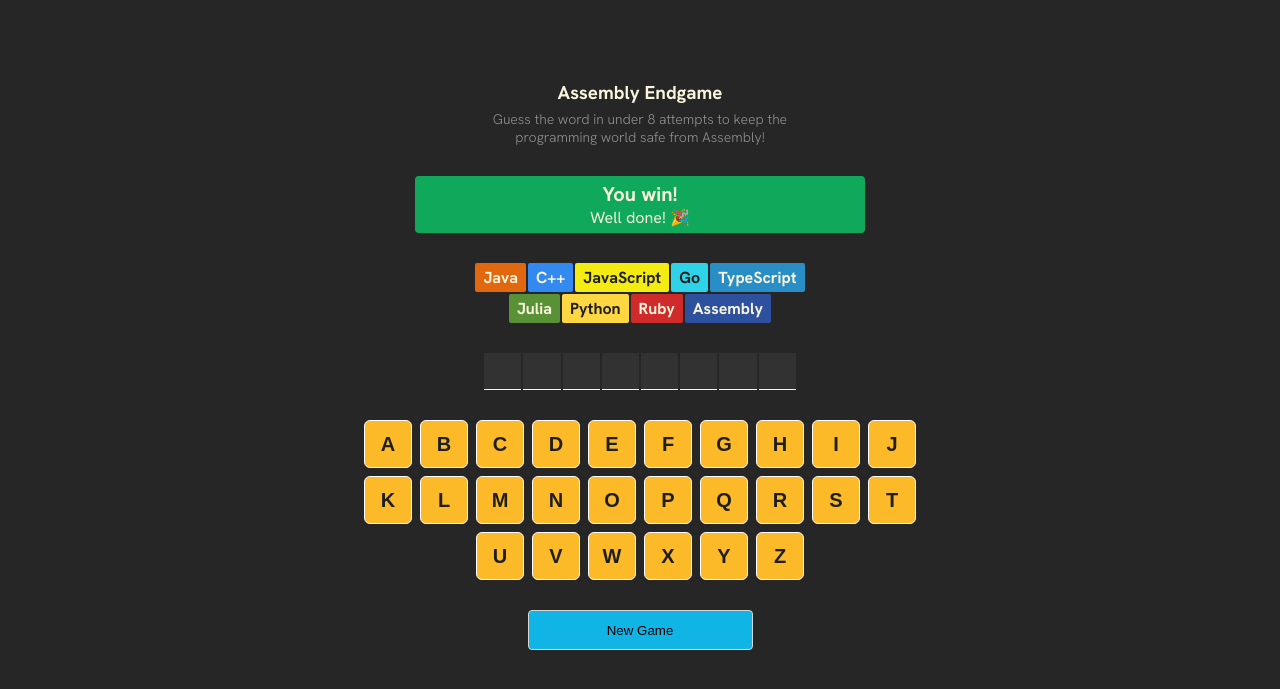
Repository: AchrafAzzaoui/AssemblyEndgame
Page: / (app in assembly-endgame/)
The author's editor kept a copy of each file at every save. The page is drawn from the files as they stood at one save, then again after the next save.
The browser window is 1280 px wide. The pictures show the whole page.
The project was rebuilt for these pictures with package versions that can differ from the ones it lists, and the page was loaded fresh each time. Also part of the build but not shown: assembly-endgame/vite.config.js.

Above is the page before, as saved 2024-12-25 16:51:41.

### assembly-endgame/index.html
<!DOCTYPE html>
<html lang="en">
  <head>
    <meta charset="UTF-8" />
    <link rel="icon" type="image/svg+xml" href="/vite.svg" />
    <meta name="viewport" content="width=device-width, initial-scale=1.0" />
    <link
      href="https://fonts.googleapis.com/css2?family=Hanken+Grotesk:wght@300;400;500;600;700&display=swap"
      rel="stylesheet"
    />
    <title>Assembly Endgame</title>
  </head>
  <body>
    <div id="root"></div>
    <script type="module" src="/src/main.jsx"></script>
  </body>
</html>

### assembly-endgame/src/index.css
* {
  margin: 0;
  padding: 0;
  box-sizing: border-box;
}
body {
  font-family: "Hanken Grotesk", sans-serif;
  background-color: #262626;
  color: #d9d9d9;
  padding: 80px 40px;
  height: 100vh;
  display: flex;
  justify-content: center;
}

header {
  text-align: center;
}

.game-title {
  color: #f9f4da;
}
.game-description {
  margin-top: 5px;
  font-weight: 300;
  color: #8e8e8e;
  font-size: 0.875rem;
  max-width: 350px;
}
.game-description,
.game-title {
  text-align: center;
}

/* status */
.game-status {
  width: 100%;
  max-width: 450px;
  background-color: #10a95b;
  color: #f9f4da;
  display: flex;
  flex-direction: column;
  justify-content: space-evenly;
  align-items: center;
  padding: 5px 20px;
  margin: 20px 0;
  border-radius: 4px;
  margin-block: 30px;
}

.game-status h2 {
  font-size: 1.25rem;
  /* margin: 5px; */
}

/* language tags */
.language-tags-container {
  display: flex;
  justify-content: center;
  flex-wrap: wrap;
  gap: 2px;
  max-width: 350px;
}

.language-tag {
  padding: 0.25rem 0.5rem;
  border-radius: 2px;
}

main {
  width: 100%;
  max-width: 600px;
  display: flex;
  flex-direction: column;
  align-items: center;
}

/* letter tiles and word container*/

.word-display {
  width: 100%;
  max-width: 350px;
  display: flex;
  gap: 2px;
  justify-content: center;
  align-items: center;
  margin-top: 30px;
}

.letter-tile {
  background-color: #323232;
  color: #fff;
  padding: 0rem 1rem;
  border-bottom: 1px solid #f9f4da;
  min-width: 2rem;
  text-align: center;
  font-size: 1.25rem;
  aspect-ratio: 1/1;
}

/* keyboard and letter buttons */
.keyboard {
  display: flex;
  flex-wrap: wrap;
  justify-content: center;
  gap: 8px;
  margin-top: 30px;
}

.letter-button {
  background-color: #fcba29;
  color: #1e1e1e;
  padding: 0rem;
  border: 0.5px solid white;
  min-width: 3rem;
  text-align: center;
  font-size: 1rem;
  aspect-ratio: 1/1;
  border-radius: 6px;
  font-weight: 600;
  font-size: 1.25rem;
  line-height: 1.5rem;
  cursor: pointer;
}

/* New game button */

.new-game-button {
  background-color: #11b5e5;
  border: 1px solid #d7d7d7;
  border-radius: 4px;
  width: 225px;
  height: 40px;
  padding: 6px 12px;
  display: block;
  margin-top: 30px;
  cursor: pointer;
}

### assembly-endgame/src/App.jsx
import { useState } from "react";
import Status from "./components/Status.jsx";
import LanguageTags from "./components/LanguageTags.jsx";
import WordDisplay from "./components/WordDisplay.jsx";
import Keyboard from "./components/Keyboard.jsx";
import NewGameButton from "./components/NewGameButton.jsx";

export default function App() {
  const [correctWord, setCorrectWord] = useState("REFACTOR");
  const [guessedLetters, setGuessedLetters] = useState([]);

  function addGuessedLetter(letter) {
    console.log("Adding letter", letter);
    setGuessedLetters((prevGussedLetters) => {
      const prevLetters = new Set(prevGussedLetters);
      prevLetters.add(letter);
      return Array.from(prevLetters);
    });
  }
  return (
    <main>
      <header>
        <h3 className="game-title">Assembly Endgame</h3>
        <p className="game-description">
          Guess the word in under 8 attempts to keep the programming world safe
          from Assembly!
        </p>
      </header>
      <Status />
      <LanguageTags />
      <WordDisplay
        correctWord={correctWord}
        guessedLetters={guessedLetters}
        addGuessedLetter={addGuessedLetter}
      />
      <Keyboard
        guessedLetters={guessedLetters}
        addGuessedLetter={addGuessedLetter}
      />
      <NewGameButton />
    </main>
  );
}

### assembly-endgame/src/components/Status.jsx
import { useState } from "react";

export default function Status() {
  return (
    <div className="game-status">
      <h2>You win!</h2>
      <p>Well done! 🎉</p>
    </div>
  );
}

### assembly-endgame/src/components/LanguageTags.jsx
import { useState } from "react";
import { languages } from "../data/languages.js";

export default function LanguageTags() {
  const languageTags = languages.map((language) => {
    const { name, backgroundColor, color } = language;
    return (
      <div
        className="language-tag"
        style={{ backgroundColor: backgroundColor, color: color }}
      >
        <h4>{name}</h4>
      </div>
    );
  });
  return <div className="language-tags-container">{languageTags}</div>;
}

### assembly-endgame/src/components/WordDisplay.jsx
import { useState } from "react";

export default function WordDisplay({ guessedLetters, correctWord }) {
  const letterTiles = correctWord.split("").map((letter, index) => {
    return (
      <span className="letter-tile" key={index}>
        {guessedLetters.includes(letter.toUpperCase())
          ? letter.toUpperCase()
          : "\u00A0"}
      </span>
    );
  });
  return <div className="word-display">{letterTiles}</div>;
}

### assembly-endgame/src/components/Keyboard.jsx
export default function Keyboard({ guessedLetters, addGuessedLetter }) {
  const letters = "ABCDEFGHIJKLMNOPQRSTUVWXYZ".split("");
  const letterButtons = letters.map((letter) => {
    return (
      <button
        key={letter}
        value={letter}
        onClick={(event) => addGuessedLetter(event.currentTarget.value)}
        className="letter-button"
      >
        {letter}
      </button>
    );
  });
  return <div className="keyboard">{letterButtons}</div>;
}

### assembly-endgame/src/components/NewGameButton.jsx
export default function NewGameButton() {
  return <button className="new-game-button">New Game</button>;
}

### assembly-endgame/src/data/languages.js
export const languages = [
  {
    name: "Java",
    backgroundColor: "#E2680F",
    color: "#F9F4DA",
  },
  {
    name: "C++",
    backgroundColor: "#328AF1",
    color: "#F9F4DA",
  },
  {
    name: "JavaScript",
    backgroundColor: "#F4EB13",
    color: "#1E1E1E",
  },
  {
    name: "Go",
    backgroundColor: "#2ED3E9",
    color: "#1E1E1E",
  },
  {
    name: "TypeScript",
    backgroundColor: "#298EC6",
    color: "#F9F4DA",
  },
  {
    name: "Julia",
    backgroundColor: "#599137",
    color: "#F9F4DA",
  },
  {
    name: "Python",
    backgroundColor: "#FFD742",
    color: "#1E1E1E",
  },
  {
    name: "Ruby",
    backgroundColor: "#D02B2B",
    color: "#F9F4DA",
  },
  {
    name: "Assembly",
    backgroundColor: "#2D519F",
    color: "#F9F4DA",
  },
];

Loaded but not shown: assembly-endgame/src/main.jsx (common file)

After the next save:
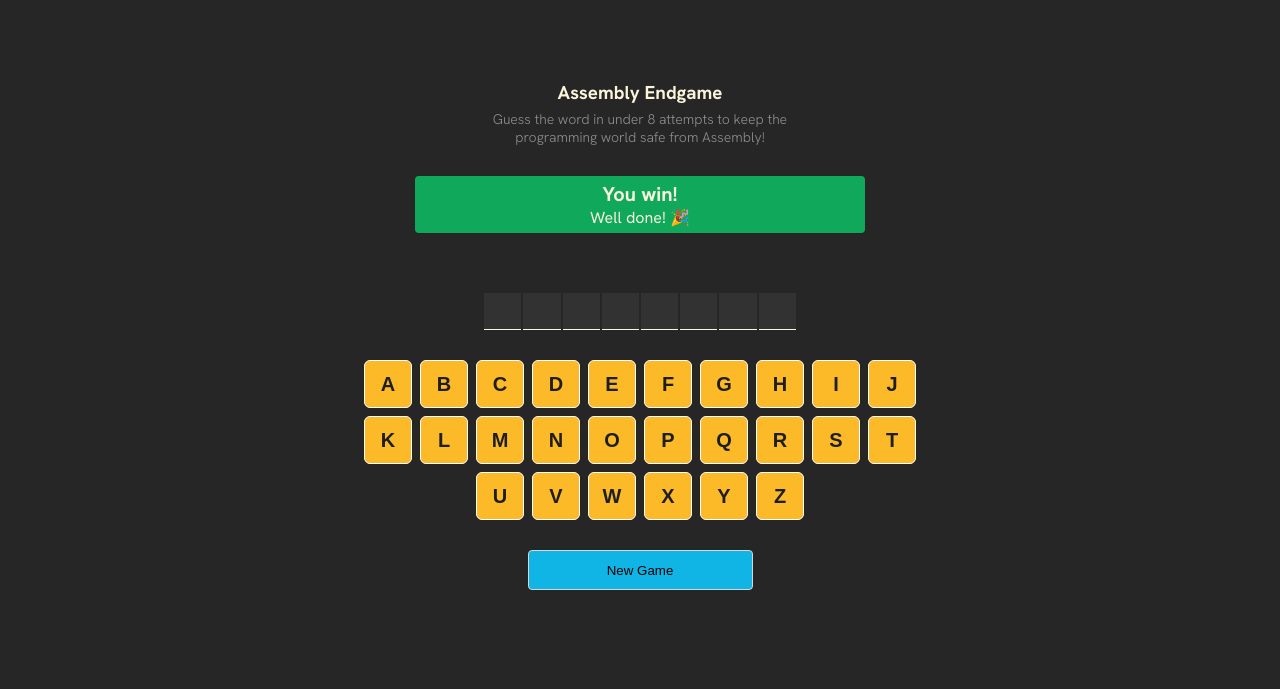
Saved 47 s later.
--- a/assembly-endgame/src/components/LanguageTags.jsx
+++ b/assembly-endgame/src/components/LanguageTags.jsx
@@ -4,14 +4,12 @@
 export default function LanguageTags() {
   const languageTags = languages.map((language) => {
     const { name, backgroundColor, color } = language;
-    return (
-      <div
-        className="language-tag"
-        style={{ backgroundColor: backgroundColor, color: color }}
-      >
-        <h4>{name}</h4>
-      </div>
-    );
+    <div
+      className="language-tag"
+      style={{ backgroundColor: backgroundColor, color: color }}
+    >
+      <h5>{name}</h5>
+    </div>;
   });
   return <div className="language-tags-container">{languageTags}</div>;
 }
